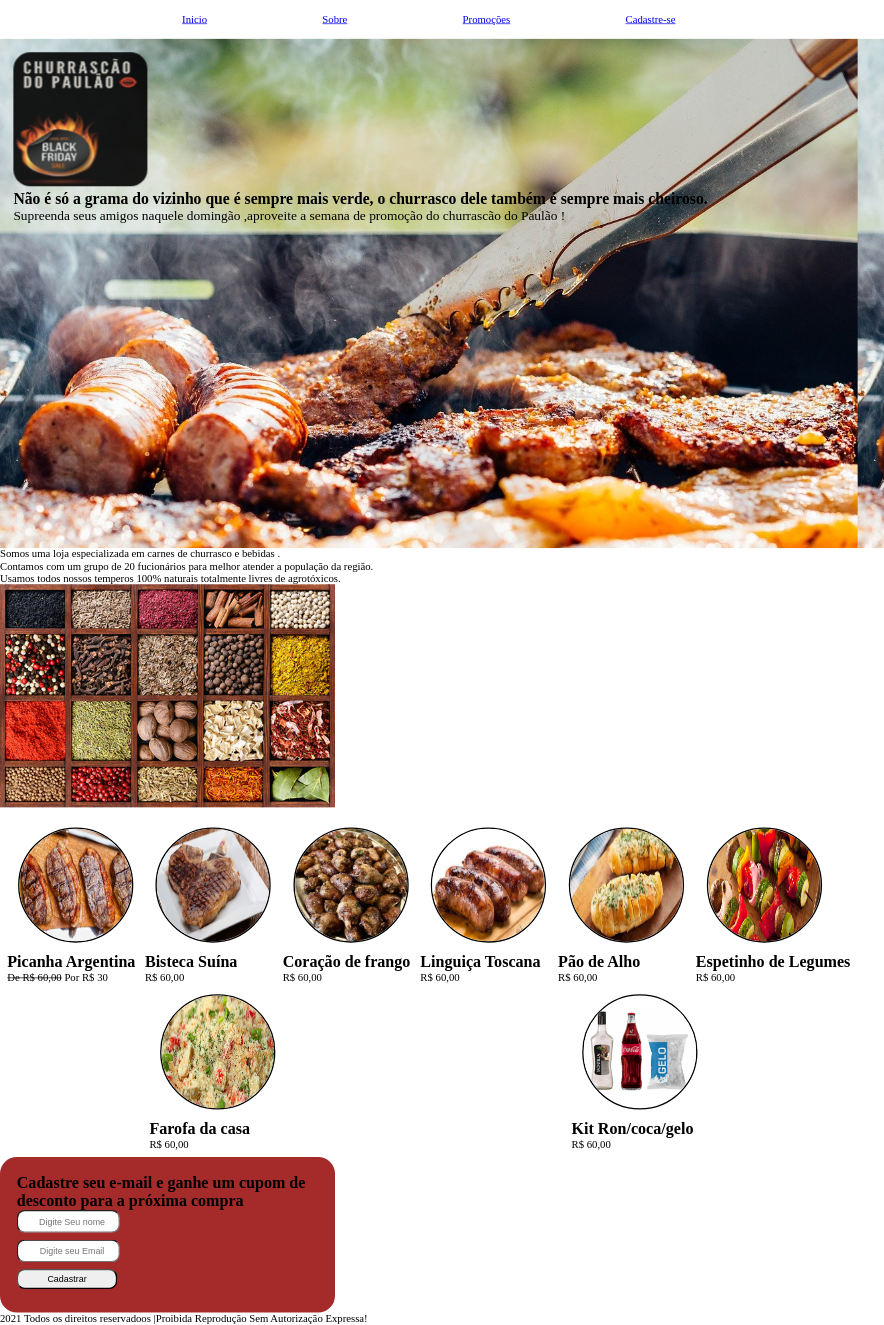
Repository: PauloMarquess/ProjetoBlackFriday
Page: index.html
An editor plug-in stored every save of this project. The page is shown before and after the next save, followed by the edit.
The browser window is 1280 px wide. The page is 1320 px wide, so the pictures cover 1320 px, including what lies to the right of the window. The pictures show the whole page, at 67% of full size.

Above is the page before, as saved 2021-07-15 18:42:38.

### index.html
<!DOCTYPE html>
<html lang="pt-Br">

<head>
    <meta charset="UTF-8">
    <meta http-equiv="X-UA-Compatible" content="IE=edge">
    <meta name="viewport" content="width=device-width, initial-scale=1.0">
    <link rel="stylesheet" href="./css/style.css">
    <title>Churrascão do Paulão</title>
</head>

<body>
    <header role="navigation" id="menu">
        <div class="container-menu">
            <nav class="menu">

                <a href="#">Inicio</a>
                <a href="#sobre">Sobre</a>
                <a href="#produtos">Promoções</a>
                <a href="#formulario">Cadastre-se</a>

            </nav>
        </div>
    </header>

    <section class="container background-section">
        <img src="./img/icone.jpeg ">
        <h3>Não é só a grama do vizinho que é sempre mais verde, o churrasco dele também é sempre mais cheiroso.</h3>
        <p>Supreenda seus amigos naquele domingão ,aproveite a semana de promoção do churrascão do Paulão !</p>

    </section>

    <section id="sobre">
        <p>Somos uma loja especializada em carnes de churrasco e bebidas . </p>
        <p> Contamos com um grupo de 20 fucionários para melhor atender a população da região.</p>
        <p> Usamos todos nossos temperos 100% naturais totalmente livres de agrotóxicos.</p>
        <img src="./img/temperos-naturais-imagem.jpg">


    </section>

    <section id="produtos">
        <div class="card">
            <img src="./img/picanha.jpg" alt="Picanha Argentina">
            <h2>Picanha Argentina</h2>
            <p><s> De R$ 60,00</s>   Por R$ 30</p>
        </div>

        <div class="card">
            <img src="./img/bisteca_suina.jpg" alt="Bisteca Suína">
            <h2>Bisteca Suína</h2>
            <p>R$ 60,00</p>
        </div>

        <div class="card">
            <img src="./img/Coração-De-Frango.jpg" alt="Coração de frango">
            <h2>Coração de frango</h2>
            <p>R$ 60,00</p>
        </div>

        <div class="card">
            <img src="./img/linguica_toscana.jpg" alt="Linguiça Toscana">
            <h2>Linguiça Toscana</h2>
            <p>R$ 60,00</p>
        </div>

        <div class="card">
            <img src="./img/pao-de-alho.jpg" alt="Pão de alho">
            <h2>Pão de Alho</h2>
            <p>R$ 60,00</p>
        </div>

        <div class="card">
            <img src="./img/espetinho_de_legumes.jpeg" alt="Espetinho de Legumes">
            <h2>Espetinho de Legumes</h2>
            <p>R$ 60,00</p>
        </div>

        <div class="card">
            <img src="./img/farofa-leve-para-churrasco.jpg" alt="Farofa da casa">
            <h2>Farofa da casa</h2>
            <p>R$ 60,00</p>
        </div>

        <div class="card">
            <img src="./img/ron-coca-gelo.png" alt="kit ron coca gelo">
            <h2>Kit Ron/coca/gelo</h2>
            <p>R$ 60,00</p>
        </div>

    </section>


    <section id="formulario">
        <h2>Cadastre seu e-mail e ganhe um cupom de desconto para a próxima compra</h2>
        <div id="content">
            <form id="form">
                <input type="text" placeholder="   Digite Seu nome" id="name">
                <input type="email" placeholder="   Digite seu Email" id="email">
                <input type="submit" value="Cadastrar">

            </form>
        </div>
    </section>
    <footer>2021 Todos os direitos reservadoos |Proibida Reprodução Sem Autorização Expressa!</footer>

</body>
<script src="./script.js"></script>

</html>

### css/style.css
* {
    padding: 0;
    margin:0;
    list-style: none;


}
html{
    scroll-behavior: smooth;
}

header {
    position: sticky;
    top: 0;



}
header .container-menu{
    display: flex;
    flex-direction: row;
    align-items: center;
    justify-content: space-around;
    padding: 20px;


}
header .container-menu a {
    margin: 4rem;
    padding: 20px;
}

header nav a:hover {
    color: #a8a8a7;
}


.container{
    width: 100%;
    height: 100vh;
    display: inline-block;
    align-items: center;
    color: black;
    font-size: 20px;
    padding: 20px;
}
.container img {
    width: 200px;
    height: 200px;
    border-radius: 25px;
    opacity: 90%;
}
.background-section {
    background-image: url(../img/barbecue-820010_1280.jpg)

}


#formulario {
    background-color: brown;
    border-radius: 25px;
    padding: 25px;
    align-items: center;
    max-width: 450px;
}
#formulario form {

    display: grid;
    width: 150px;
    align-items: center;
}
input {
    width: 100%;
    border-radius: 12px;
   height: 30px;
   margin-bottom: 10px;
   text-align: center;

}

#produtos {
    padding: 10px;
    display: flex;
    align-items: center;
    justify-content: space-around;
    flex-wrap:wrap


}


#produtos img{
    width: 168px;
     height: 168px;
     border-radius: 103%;
     border: 2px solid black;
     display: flex;
     flex-direction: column;
     align-items: center;
     margin: 1rem;
}

### script.js
const form = document.getElementById ('form')

form.addEventListener('submit',(e) =>{
    e.preventDefault()
    let nome =document.getElementById('name').value;
    let email =document.getElementById('email').value;
    console.log(nome,email)
    let data ={
        nome,email,
    }
let converteData =JSON.stringify(data);
localStorage.setItem('lead',converteData)

let content = document.getElementById('content')

let carregando = `<p>carregando...</p>`

let enviado =`<p>Cadastrado com sucesso</p>`

content.innerHTML =carregando

setTimeout(() => {
content.innerHTML = enviado
},1500)

})

After the next save:
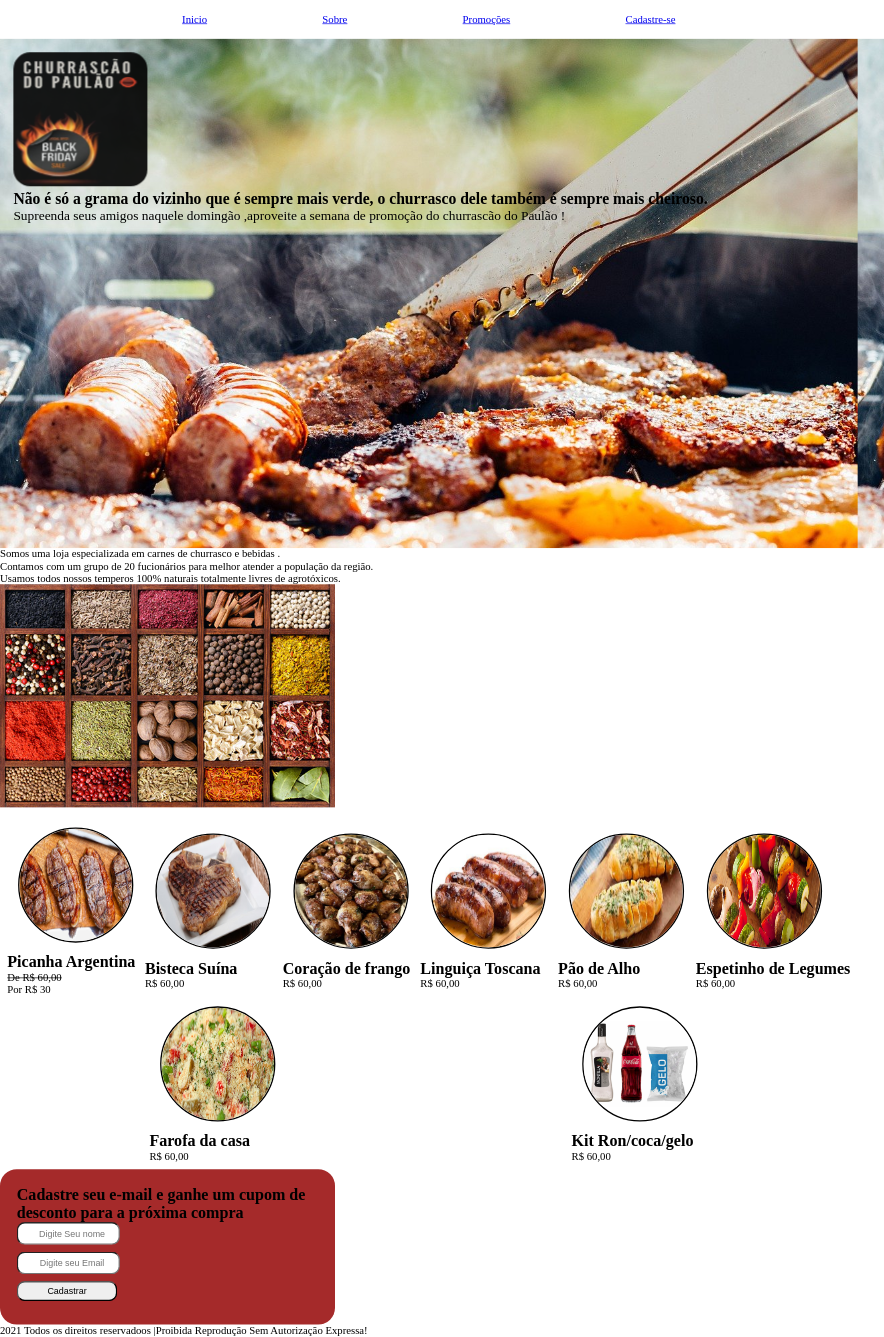
Saved 37 s later.
--- a/index.html
+++ b/index.html
@@ -43,7 +43,7 @@
         <div class="card">
             <img src="./img/picanha.jpg" alt="Picanha Argentina">
             <h2>Picanha Argentina</h2>
-            <p><s> De R$ 60,00</s>   Por R$ 30</p>
+            <p><s> De R$ 60,00 <br/></s>   Por R$ 30</p>
         </div>
 
         <div class="card">

After the 3 saves that followed:
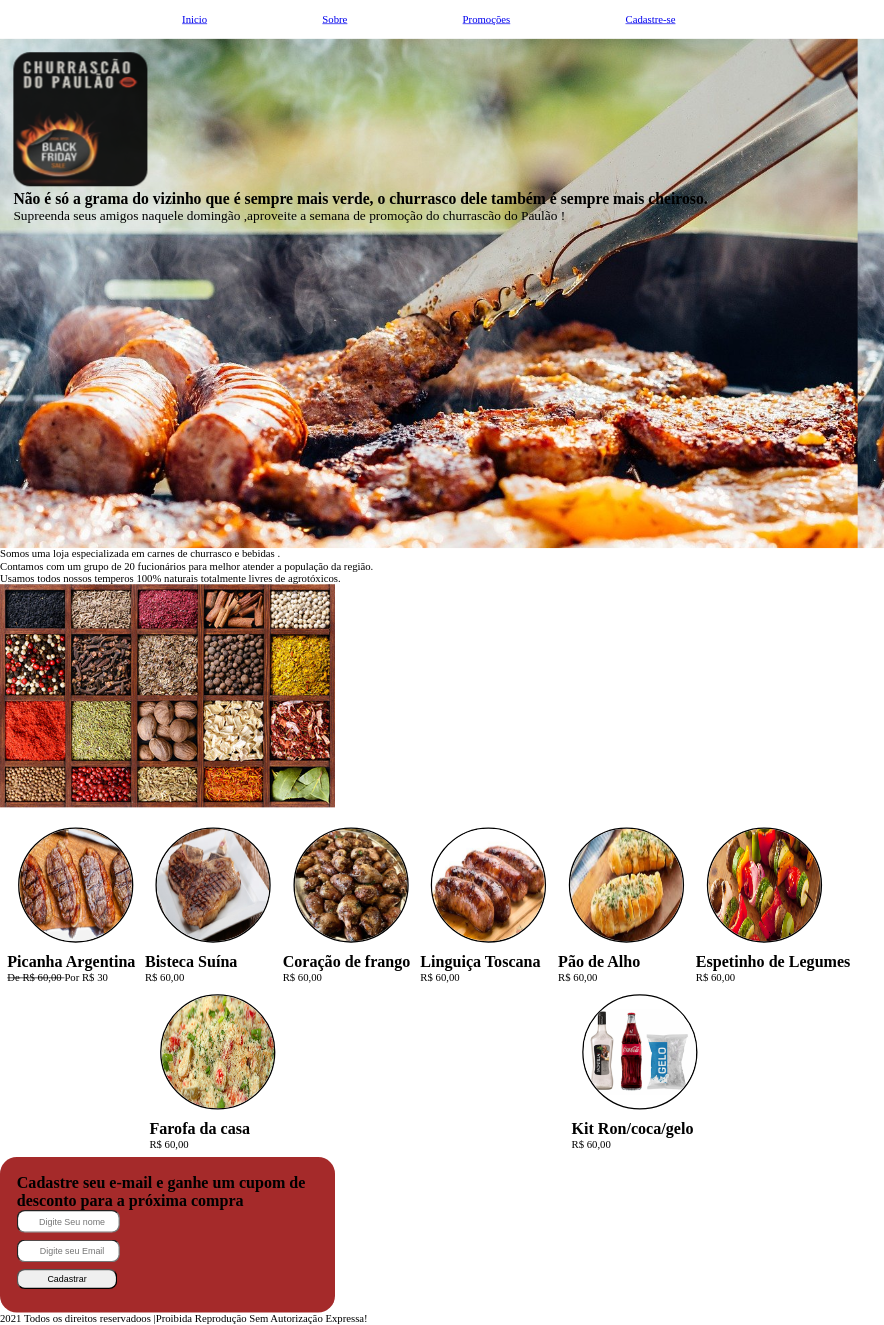
The 3 saves are shown as one change because they came seconds apart.
The last was saved 14 s later.
--- a/index.html
+++ b/index.html
@@ -43,7 +43,7 @@
         <div class="card">
             <img src="./img/picanha.jpg" alt="Picanha Argentina">
             <h2>Picanha Argentina</h2>
-            <p><s> De R$ 60,00 <br/></s>   Por R$ 30</p>
+            <p><s> De R$ 60,00 </s>   Por R$ 30</p>
         </div>
 
         <div class="card">
